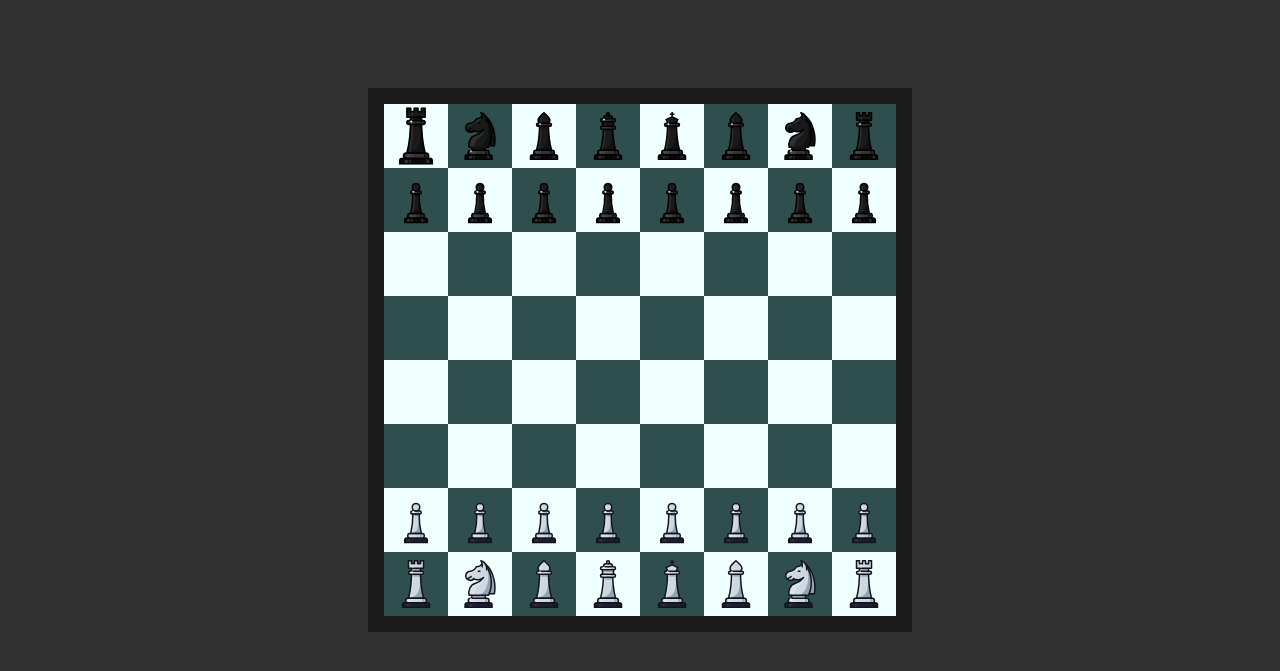
Repository: Mirsmog/react-chess
Page: /, after clicking the first element matching `div.cell`
An editor plug-in stored every save of this project. The page is shown before and after a run of saves, followed by the edit.
The browser window is 1280 px wide. The pictures show the whole page.
The project was rebuilt for these pictures with package versions that can differ from the ones it lists, and the page was loaded fresh each time. Also part of the build but not shown: vite.config.ts.

Above is the page before, as saved 2023-10-28 15:57:03.

After the next 2 saves:
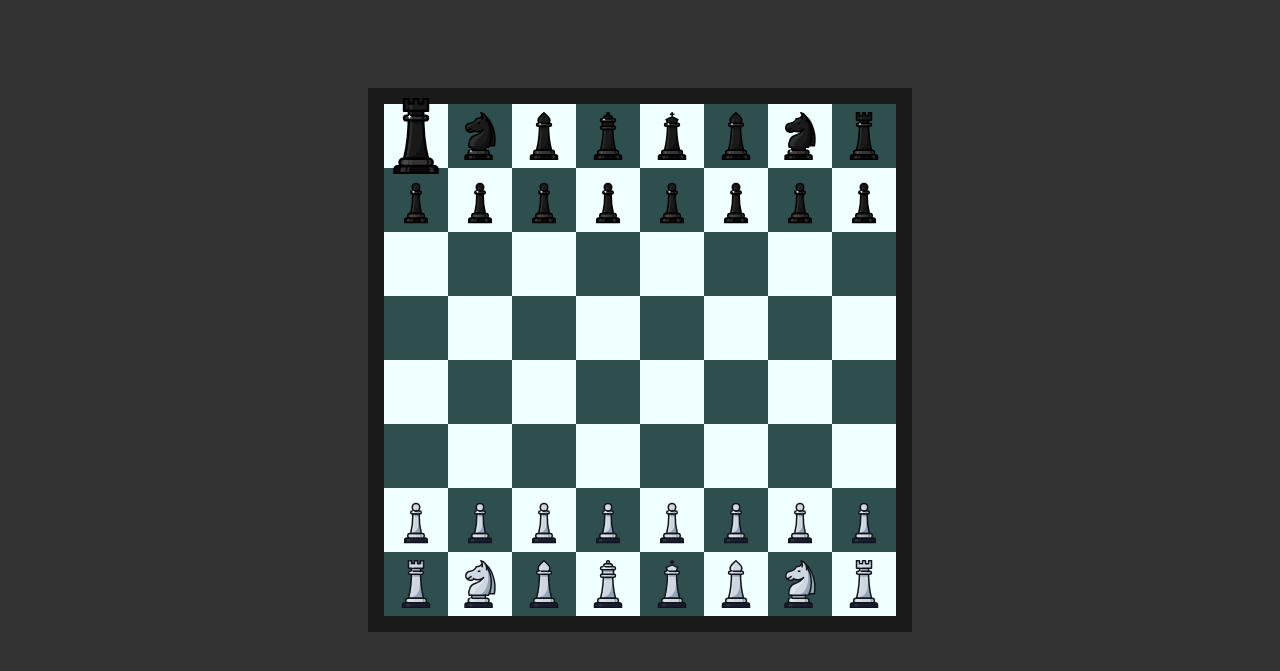
The 2 saves are shown as one change because they came seconds apart.
The last was saved 16 s later.
--- a/src/index.css
+++ b/src/index.css
@@ -53,5 +53,5 @@ img[src*='/src/assets/pawn-black.svg'] {
 }
 
 .selected img{
-  transform: scale(1.2);
+  transform: scale(1.6);
 }
